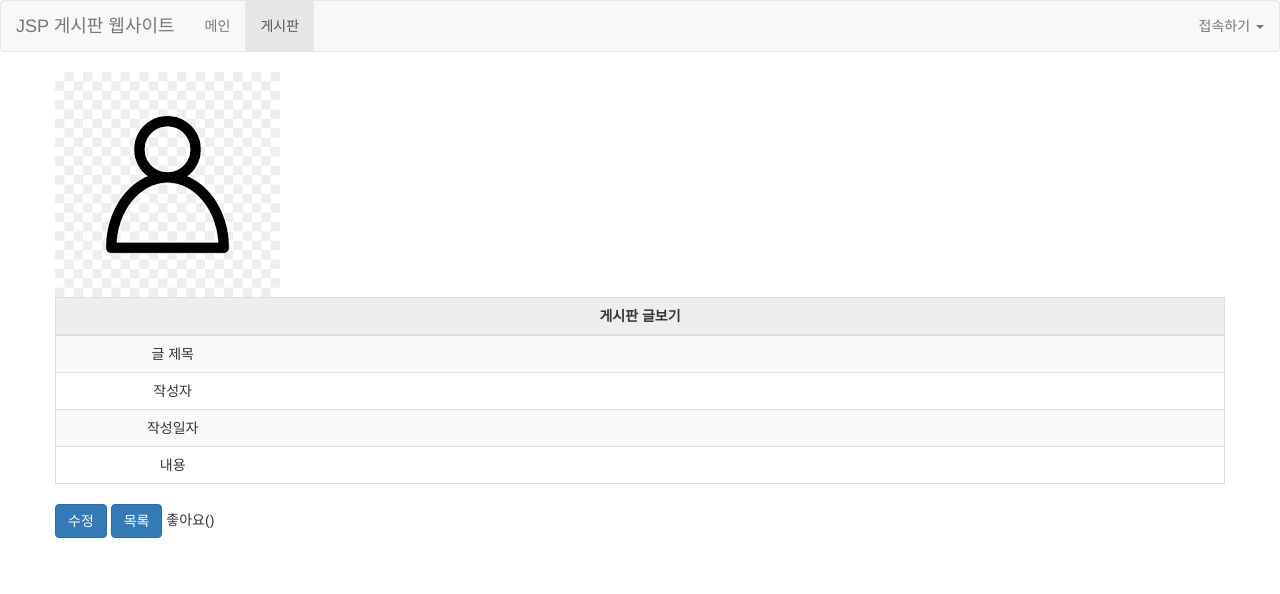
Repository: serendipity63/mychelin
Page: http://localhost/board/WEB-INF/views/detailform.jsp
An editor plug-in stored every save of this project. The page is shown before and after the next save, followed by the edit.
The browser window is 1280 px wide. The pictures show the whole page.
Some web libraries are served in a nearby version. The page is served by Tomcat 9. Nobody is signed in. The template is opened directly, without the code that normally fills it, so the values that code supplies are empty.

Above is the page before, as saved 2024-01-11 00:26:58.

After the next save:
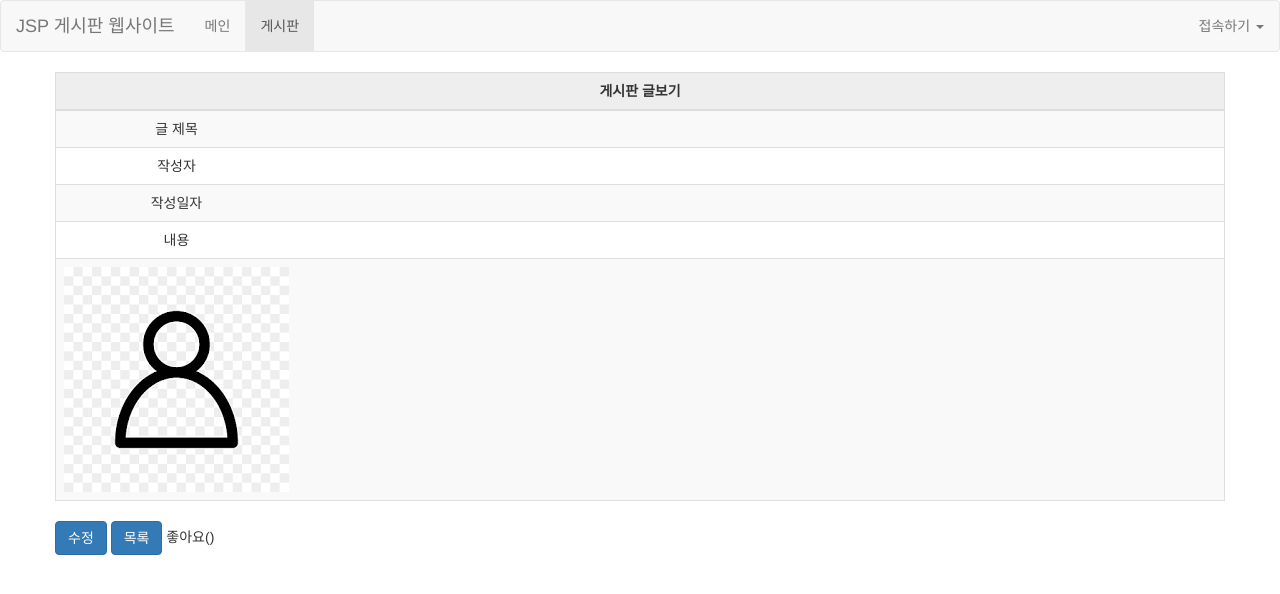
Saved 17 s later.
--- a/board/src/main/webapp/WEB-INF/views/detailform.jsp
+++ b/board/src/main/webapp/WEB-INF/views/detailform.jsp
@@ -123,6 +123,7 @@
 						<td colspan="2" style="min-height: 200px; text-align: left;">${board.content }</td>
 					</tr>
 					<tr>
+					<td>
 						<c:choose>
 							<c:when test="${board.fileurl ne null}">
 								<img src="${contextPath }/image/${board.fileurl}" width="100px"
@@ -132,6 +133,7 @@
 								<img src="${contextPath }/resources/img/basic.png" />
 							</c:otherwise>
 						</c:choose>
+						<td>
 					</tr>
 				</tbody>
 			</table>
